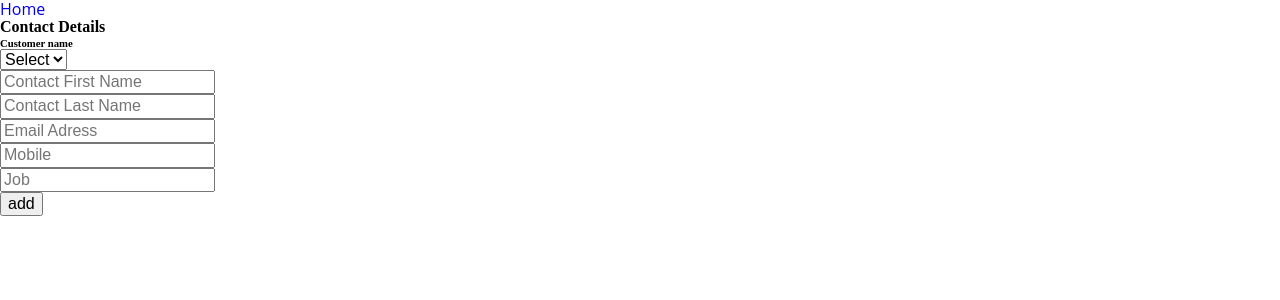
Repository: karthik-H/vms
Page: http://localhost/vms/contact-add.jsp
These files come from the project's save history. The page is drawn as it stood at one moment and after the next save; the edit follows.
The browser window is 1280 px wide. The pictures show the whole page.
The page is served by Tomcat 9. Queries for data that is not in the repository find no rows.

Above is the page before, as saved 2019-01-26 11:52:12.

After the next save:
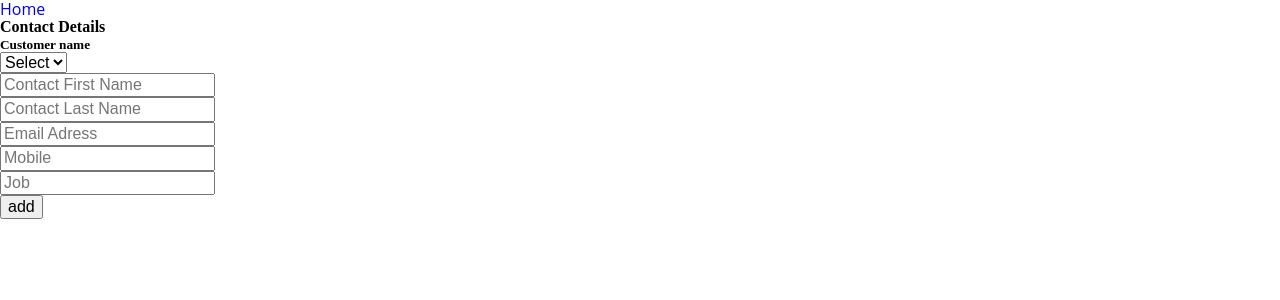
Saved 13 s later.
--- a/Vehicle/vms/src/main/webapp/contact-add.jsp
+++ b/Vehicle/vms/src/main/webapp/contact-add.jsp
@@ -18,7 +18,7 @@
     <div class="row">
       <h4>Contact Details</h4>
  <div class="input-group input-group-icon">
- 		<h6>Customer name</h6>
+ 		<h5>Customer name</h5>
 	   <select name="customerId"><%=mybean1.populateCustomer() %></select>
       </div>
       <div class="input-group input-group-icon">
